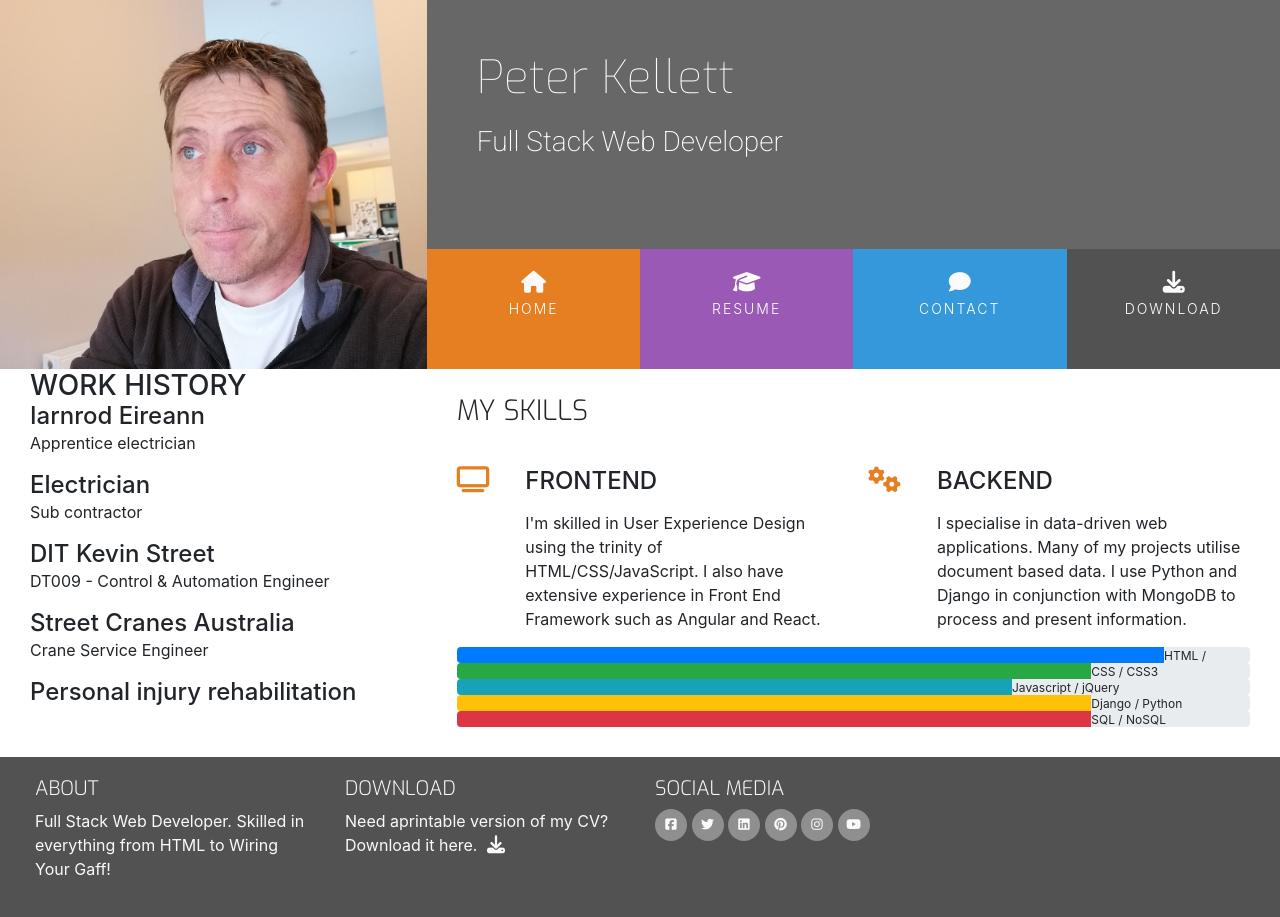
Repository: PeterKellett/resume-tutorial
Page: resume.html
The author's editor kept a record of every edit. The page is drawn from the files as they stood at one moment, then again after the next edit.
The browser window is 1280 px wide. The pictures show the whole page.
Some web libraries are served in a nearby version.

Above is the page before.

After the next edit:
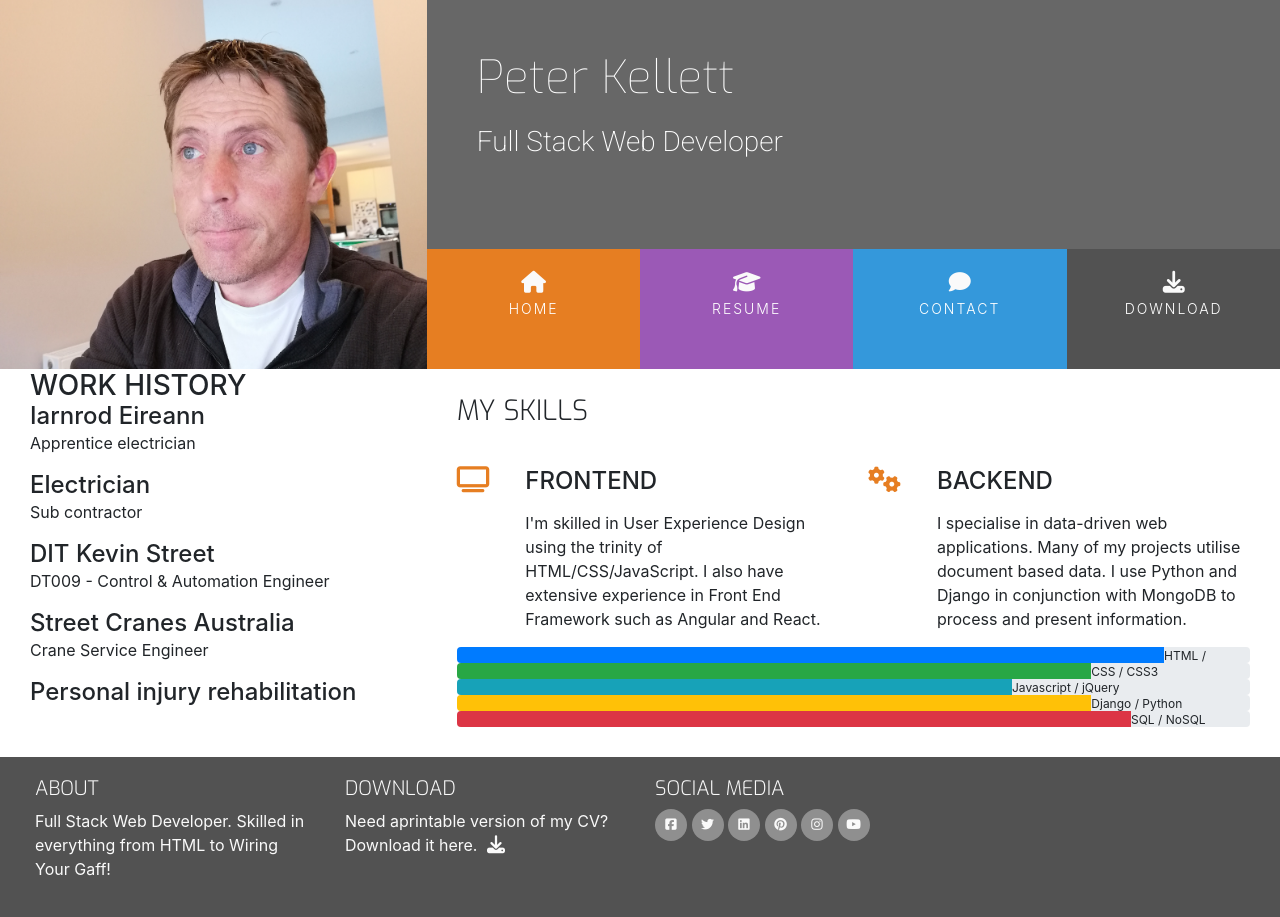
The edit:
--- a/resume.html
+++ b/resume.html
@@ -157,8 +157,8 @@
                 <div class="row">
                     <div class="col">
                         <div class="progress">
-                            <div class="progress-bar bg-danger" role="progressbar" aria-valuenow="80" aria-valuemin="0" aria-valuemax="100" style="width:80%;">
-                                <span class="sr-only">80% complete</span>
+                            <div class="progress-bar bg-danger" role="progressbar" aria-valuenow="85" aria-valuemin="0" aria-valuemax="100" style="width:85%;">
+                                <span class="sr-only">85% complete</span>
                             </div>
                             <span class="progress-type">SQL / NoSQL</span>
                         </div>
